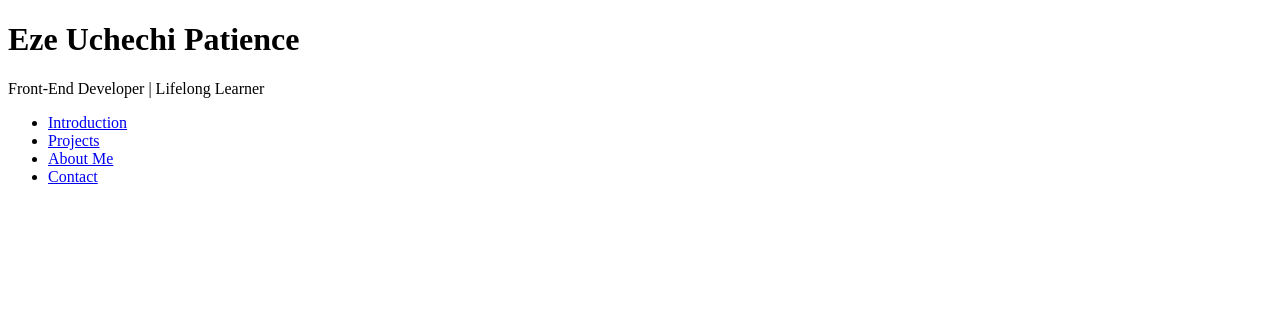
Repository: Patience225/My_First_Portfolio
Page: Portfolio/index.html
These files come from the project's save history. The page is drawn as it stood at one moment and after a run of saves; the edit follows.
The browser window is 1280 px wide. The pictures show the whole page.

Above is the page before, as saved 2024-12-16 13:06:13.

### Portfolio/index.html
<!DOCTYPE html>
<html lang="en">
<head>
    <meta charset="utf-8">
    <title>Eze Uchechi Patience - Personal Portfolio</title>
</head>
<body>
    <header>
        <h1>Eze Uchechi Patience</h1>
        <p>Front-End Developer | Lifelong Learner</p>
    </header>
    <nav>
      <ul>
        <li><a href="#introduction">Introduction</a></li>
        <li><a href="#projects">Projects</a></li>
        <li><a href="#about">About Me</a></li>
        <li><a href="#contact">Contact</a></li>
    </ul>
    </nav>
    <section id="introduction"></section>
    <section id="projects"></section>
    <section id="about"></section>
    <section id="contact"></section>
    <footer>

    </footer>
</body>
</html>

After the next 2 saves:
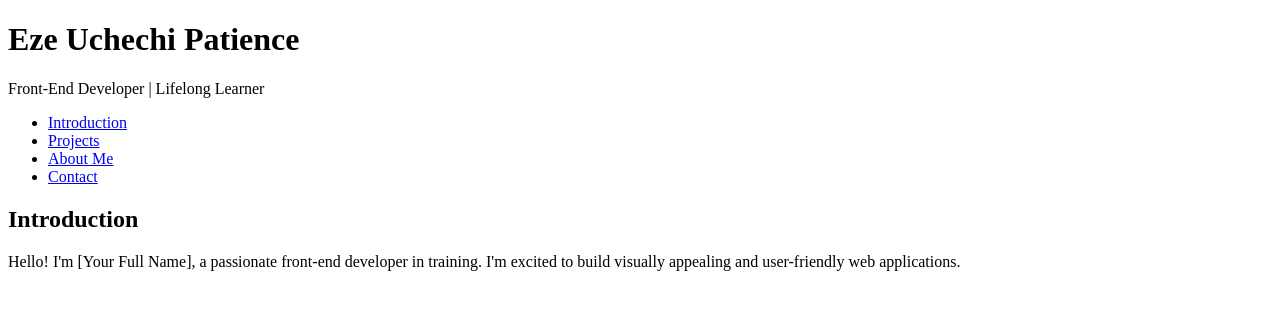
The 2 saves are shown as one change because they came seconds apart.
The last was saved 79 s later.
--- a/Portfolio/index.html
+++ b/Portfolio/index.html
@@ -17,7 +17,10 @@
         <li><a href="#contact">Contact</a></li>
     </ul>
     </nav>
-    <section id="introduction"></section>
+    <section id="introduction">
+      <h2>Introduction</h2>
+    <p>Hello! I'm [Your Full Name], a passionate front-end developer in training. I'm excited to build visually appealing and user-friendly web applications.</p>
+    </section>
     <section id="projects"></section>
     <section id="about"></section>
     <section id="contact"></section>
